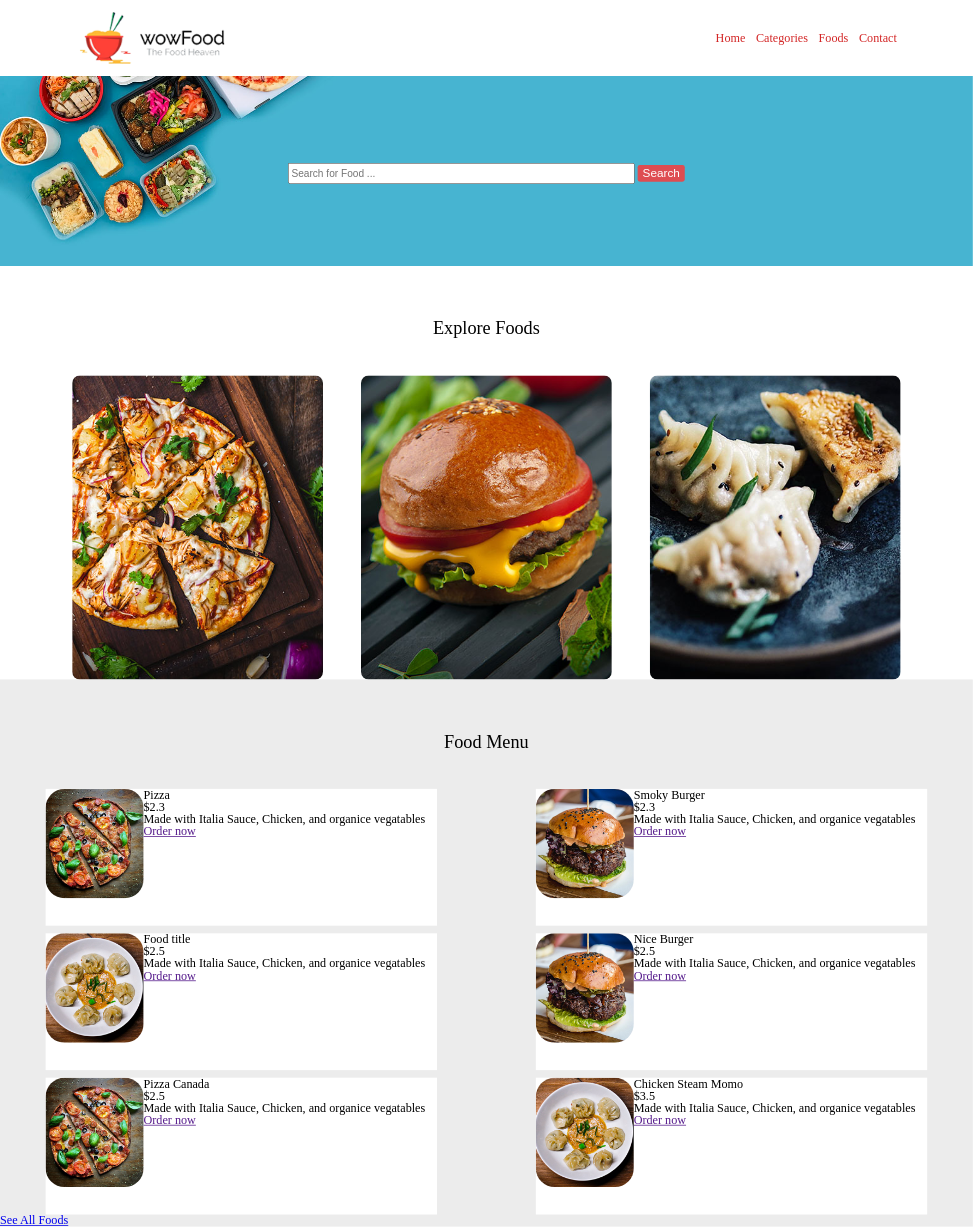
Repository: ruaruababa/WowFood
Page: index.html
An editor plug-in stored every save of this project. The page is shown before and after a run of saves, followed by the edit.
The browser window is 1280 px wide. The pictures show the whole page, at 76% of full size.

Above is the page before, as saved 2021-09-18 00:37:55.

After the next 4 saves:
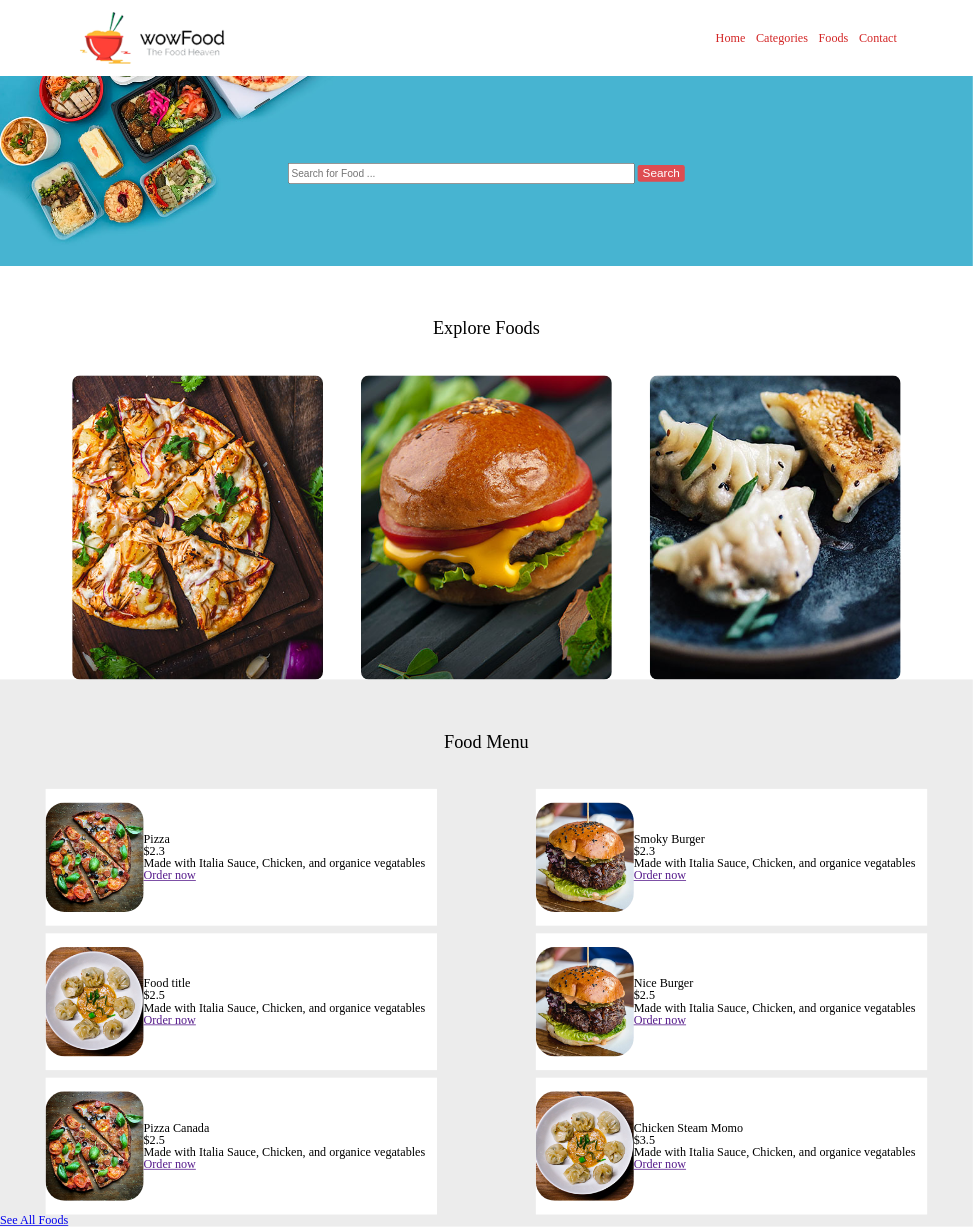
The 4 saves are shown as one change because they came seconds apart.
The last was saved 32 s later.
--- a/style.css
+++ b/style.css
@@ -129,13 +129,13 @@ article{
 .container-item{
     background-color: #ffffff;
     display: flex;
+    align-items: center;
 }
 .container-item img{
     width: 25%;
     height: 80%;
     object-fit: cover;
     border-radius: 25px;
-    align-items: center;
 }
 
 .item-content{
